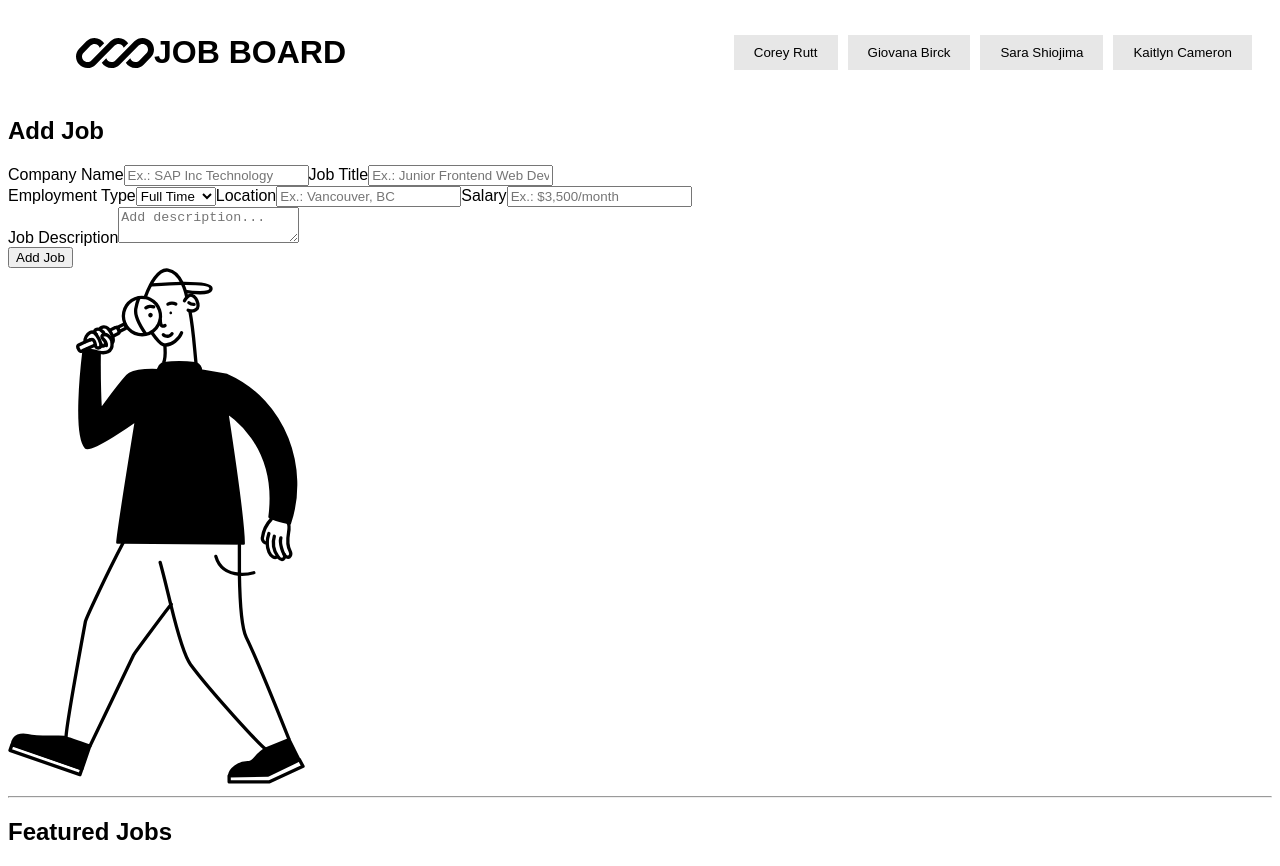
Repository: kcameron37/Final-Project-FrontEnd
Page: /
An editor plug-in stored every save of this project. The page is shown before and after the next save, followed by the edit.
The browser window is 1280 px wide. The pictures show the whole page.
The project was rebuilt for these pictures with package versions that can differ from the ones it lists, and the page was loaded fresh each time. Also part of the build but not shown: src/components/addJob.module.css.

Above is the page before, as saved 2023-11-14 20:11:32.

After the next save:
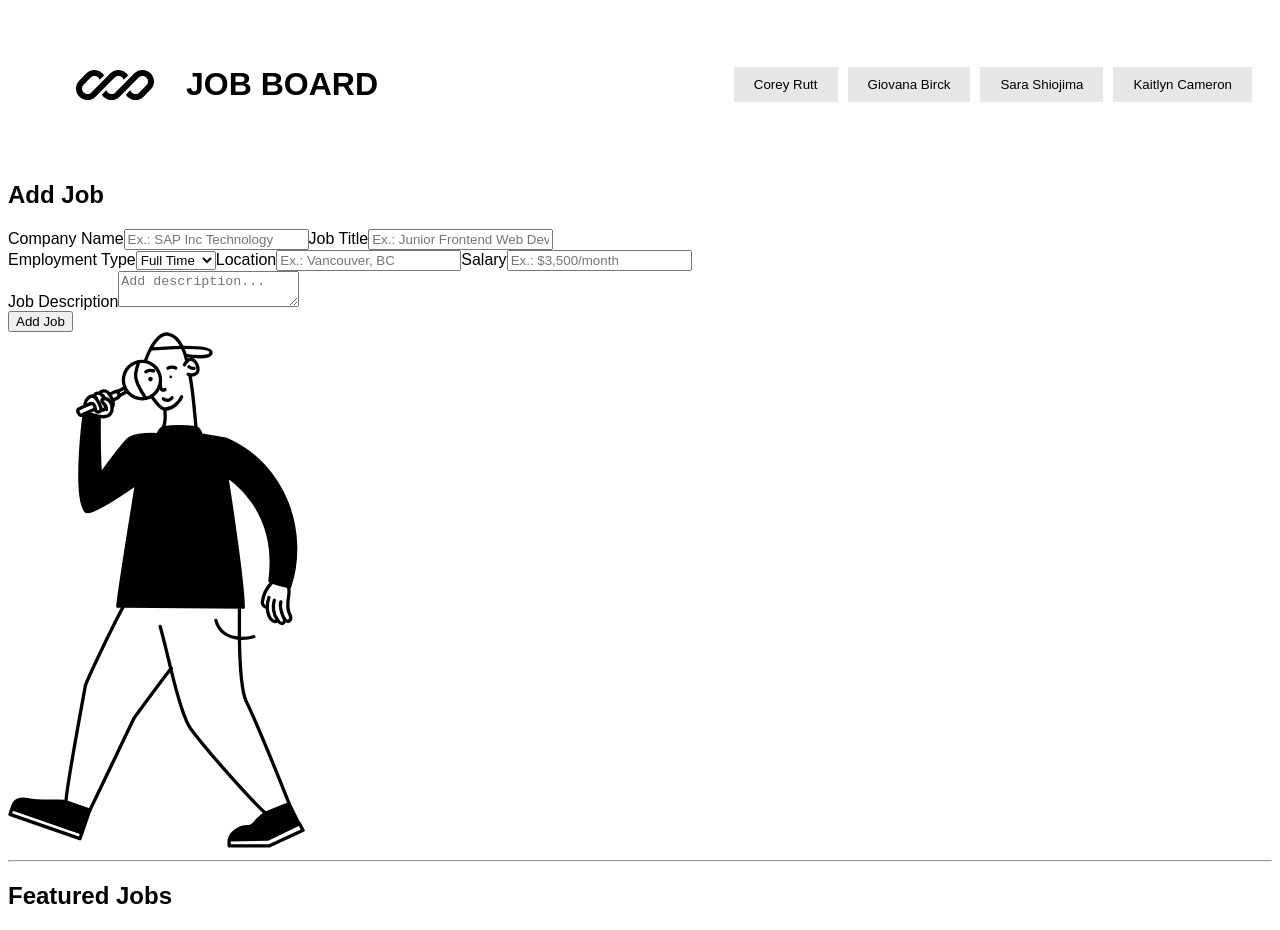
Saved 7 s later.
--- a/src/components/navBar.module.css
+++ b/src/components/navBar.module.css
@@ -19,7 +19,7 @@
 
   .navBar h2 {
     margin: 0;
-    padding: 0;
+    padding: 1em;
     font-size: 32px;
   }
 

After the save that followed:
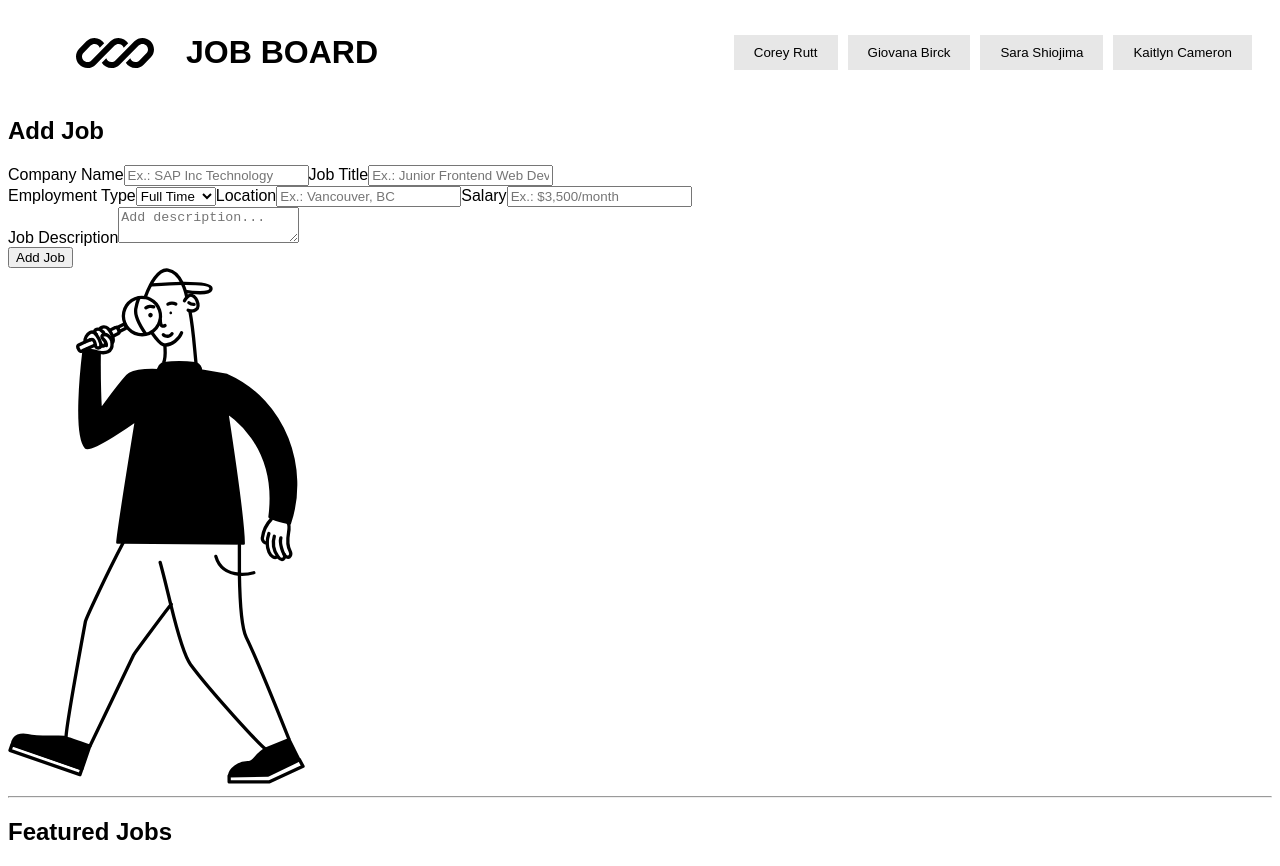
Saved 5 s later.
--- a/src/components/navBar.module.css
+++ b/src/components/navBar.module.css
@@ -19,7 +19,7 @@
 
   .navBar h2 {
     margin: 0;
-    padding: 1em;
+    padding-left: 1em;
     font-size: 32px;
   }
 
